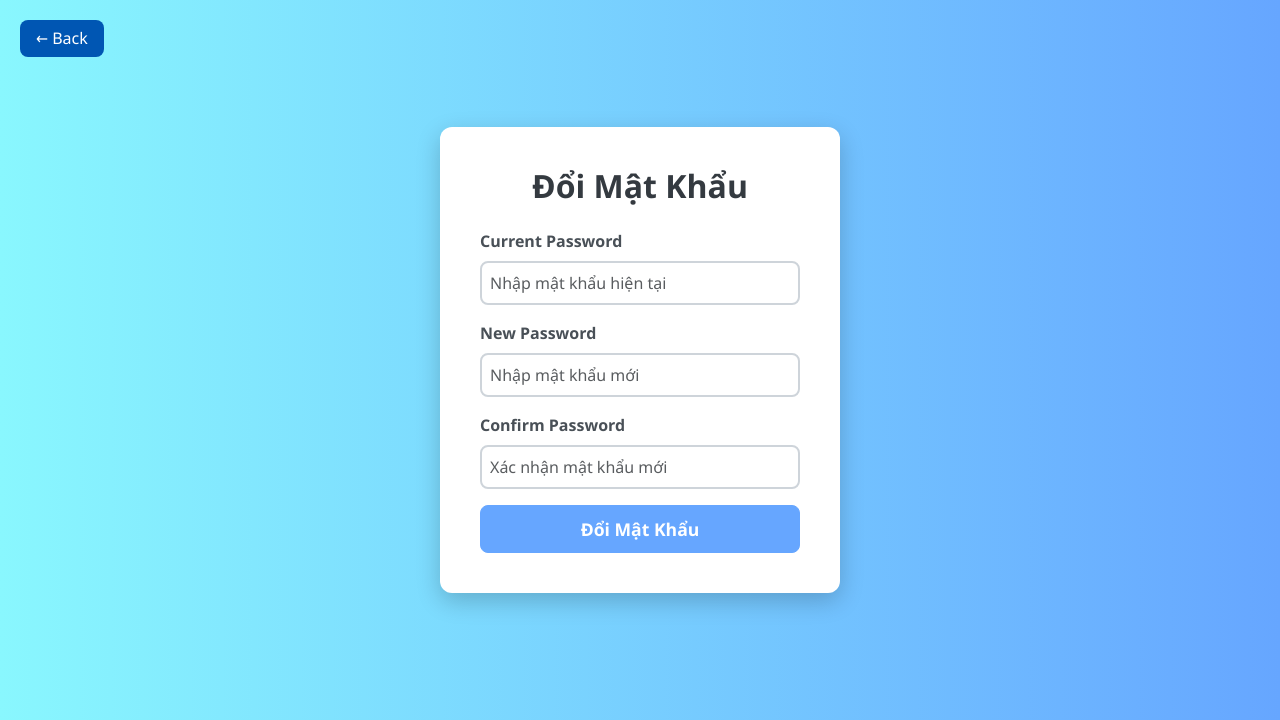
Repository: manhtdxxx/Tour-Booking-Webapp
Page: http://localhost/bookingTour/changepassword.jsp
The author's editor kept a copy of each file at every save. The page is drawn from the files as they stood at one save, then again after a run of saves.
The browser window is 1280 px wide. The pictures show the whole page.
The page is served by Tomcat 9. Other server files are loaded and not shown.

Above is the page before, as saved 2024-11-10 16:50:11.

### bookingTour/src/main/webapp/changepassword.jsp
<%@ page language="java" contentType="text/html; charset=UTF-8" pageEncoding="UTF-8"%>
<!DOCTYPE html>
<html lang="vi">
<head>
<meta charset="UTF-8">
<meta name="viewport" content="width=device-width, initial-scale=1">
<title>Đổi mật khẩu</title>
<link href="https://cdn.jsdelivr.net/npm/bootstrap@5.3.3/dist/css/bootstrap.min.css"
	rel="stylesheet">
<script src="https://cdn.jsdelivr.net/npm/bootstrap@5.3.3/dist/js/bootstrap.bundle.min.js"></script>
<style>
/* Background gradient */
body {
	background: linear-gradient(to right, #89f7fe, #66a6ff);
	font-family: 'Segoe UI', Tahoma, Geneva, Verdana, sans-serif;
}
/* Form container styling */
.form-container {
	max-width: 450px;
	padding: 2.5rem;
	background-color: #ffffff;
	border-radius: 12px;
	box-shadow: 0 8px 24px rgba(0, 0, 0, 0.2);
	margin: 0 1.5rem;
	transition: transform 0.3s ease;
	min-width: 400px;
	position: relative;
}
/* Hover effect on container */
.form-container:hover {
	transform: scale(1.02);
}
/* Header style */
h2 {
	font-weight: bold;
	color: #343a40;
}
/* Labels styling */
.form-label {
	color: #495057;
	font-weight: 600;
}
/* Input fields styling */
.form-control {
	border: 2px solid #ced4da;
	border-radius: 8px;
	padding: 0.5rem;
	transition: border-color 0.3s ease, box-shadow 0.3s ease;
}

.form-control:focus {
	border-color: #66a6ff;
	box-shadow: 0 0 8px rgba(102, 166, 255, 0.3);
}
/* Button styling */
.btn-primary {
	background-color: #66a6ff;
	border-color: #66a6ff;
	padding: 0.6rem;
	font-size: 1.1rem;
	font-weight: 600;
	border-radius: 8px;
	transition: background-color 0.3s, box-shadow 0.3s, transform 0.2s ease;
}

.btn-primary:hover {
	background-color: #0056b3;
	box-shadow: 0 6px 16px rgba(0, 91, 187, 0.4);
	transform: translateY(-2px);
}
/* Back button styling */
.back-button {
	position: absolute;
	top: 20px;
	left: 20px;
	padding: 0.4rem 1rem;
	font-size: 1rem;
	color: #ffffff;
	background-color: #0056b3;
	border: none;
	border-radius: 8px;
	text-decoration: none;
	display: flex;
	align-items: center;
	transition: background-color 0.3s ease, transform 0.2s ease;
}

.back-button:hover {
	background-color: #66a6ff;
	transform: translateY(-2px);
}
/* Responsive styling */
@media ( max-width : 576px) {
	.form-container {
		padding: 1.5rem;
	}
	.back-button {
		top: 10px;
		left: 10px;
		padding: 0.3rem 0.8rem;
		font-size: 0.9rem;
	}
}
</style>
</head>

<body class="d-flex align-items-center justify-content-center vh-100">

	<a href="index.jsp" class="back-button"> &larr; Back </a>

	<div class="form-container">
		<h2 class="text-center mb-4">Đổi Mật Khẩu</h2>

		<form action="change-password" method="post">
			<div class="mb-3">
				<label for="currentPassword" class="form-label">Current Password</label> <input type="password"
					class="form-control" id="currentPassword" name="currentPassword"
					placeholder="Nhập mật khẩu hiện tại" required>
			</div>
			<div class="mb-3">
				<label for="newPassword" class="form-label">New Password</label> <input type="password"
					class="form-control" id="newPassword" name="newPassword" placeholder="Nhập mật khẩu mới"
					required>
			</div>
			<div class="mb-3">
				<label for="confirmPassword" class="form-label">Confirm Password</label> <input type="password"
					class="form-control" id="confirmPassword" name="confirmPassword"
					placeholder="Xác nhận mật khẩu mới" required>
			</div>
			<button type="submit" class="btn btn-primary w-100">Đổi Mật Khẩu</button>
		</form>
	</div>

</body>
</html>

After the next 2 saves:
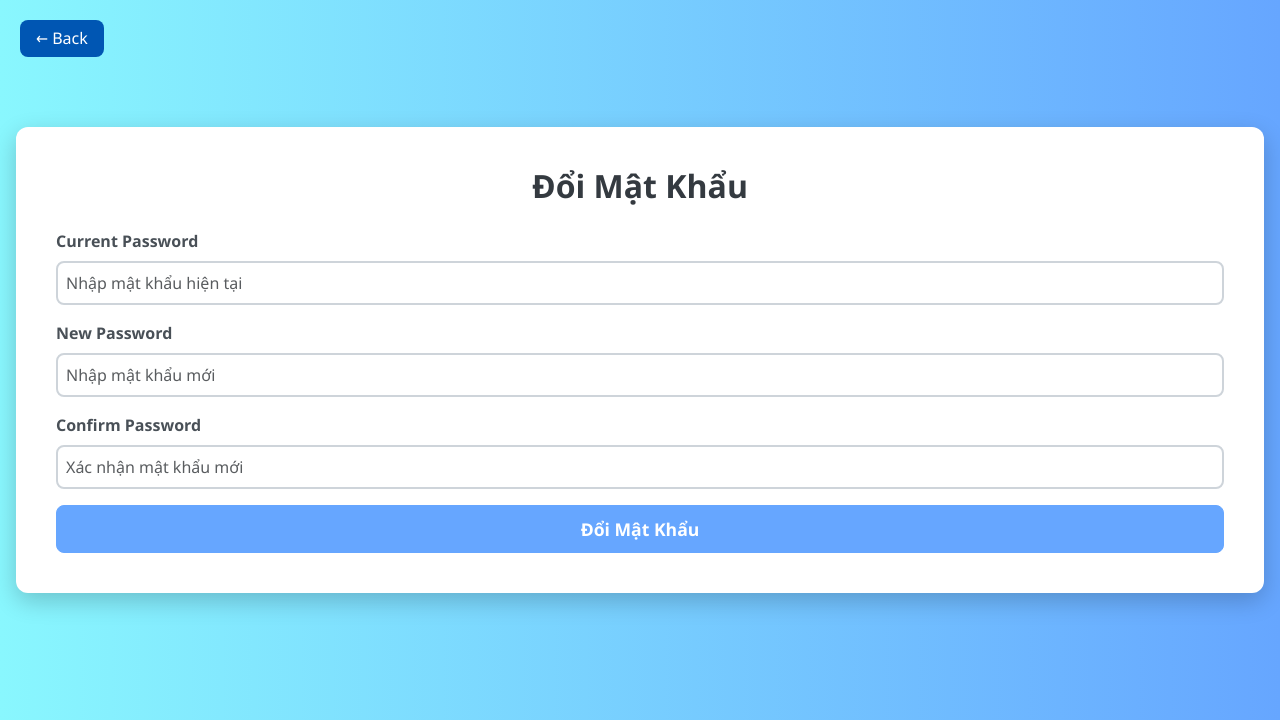
The 2 saves are shown as one change because they came seconds apart.
The last was saved 4 min 22 s later.
--- a/bookingTour/src/main/webapp/changepassword.jsp
+++ b/bookingTour/src/main/webapp/changepassword.jsp
@@ -16,24 +16,20 @@
 }
 /* Form container styling */
 .form-container {
-	max-width: 450px;
+	max-width: 100%;
+	width: 100%;
 	padding: 2.5rem;
 	background-color: #ffffff;
 	border-radius: 12px;
 	box-shadow: 0 8px 24px rgba(0, 0, 0, 0.2);
-	margin: 0 1.5rem;
+	margin: 0 1rem;
 	transition: transform 0.3s ease;
-	min-width: 400px;
-	position: relative;
-}
-/* Hover effect on container */
-.form-container:hover {
-	transform: scale(1.02);
 }
 /* Header style */
 h2 {
 	font-weight: bold;
 	color: #343a40;
+	text-align: center;
 }
 /* Labels styling */
 .form-label {
@@ -90,15 +86,30 @@
 	transform: translateY(-2px);
 }
 /* Responsive styling */
-@media ( max-width : 576px) {
+@media ( max-width : 768px) {
 	.form-container {
-		padding: 1.5rem;
+		padding: 2rem;
+		margin: 0 1.5rem;
 	}
 	.back-button {
 		top: 10px;
 		left: 10px;
 		padding: 0.3rem 0.8rem;
 		font-size: 0.9rem;
+	}
+}
+
+@media ( max-width : 576px) {
+	.form-container {
+		padding: 1.5rem;
+		margin: 0 1rem;
+	}
+	.back-button {
+		font-size: 0.85rem;
+		padding: 0.25rem 0.75rem;
+	}
+	h2 {
+		font-size: 1.5rem;
 	}
 }
 </style>
@@ -109,7 +120,7 @@
 	<a href="index.jsp" class="back-button"> &larr; Back </a>
 
 	<div class="form-container">
-		<h2 class="text-center mb-4">Đổi Mật Khẩu</h2>
+		<h2 class="mb-4">Đổi Mật Khẩu</h2>
 
 		<form action="change-password" method="post">
 			<div class="mb-3">

After the 2 saves that followed:
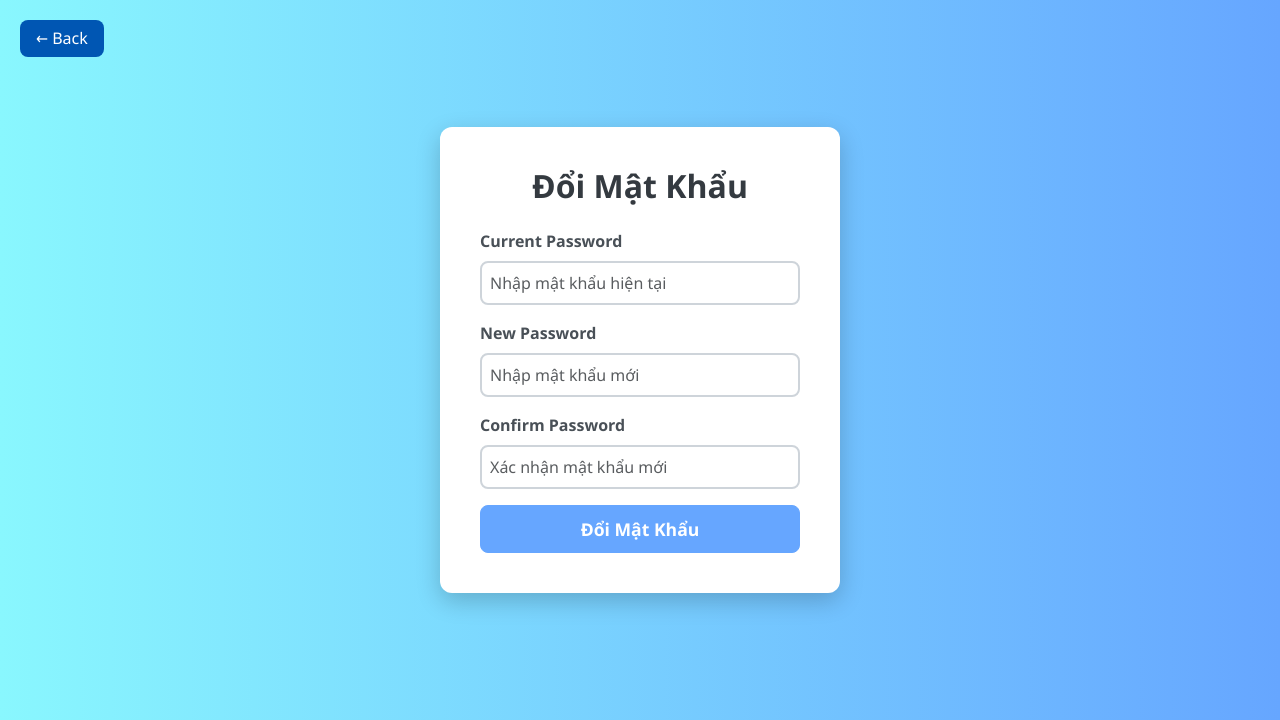
The 2 saves are shown as one change because 1 left the picture as it was.
The last was saved 36 s later.
--- a/bookingTour/src/main/webapp/changepassword.jsp
+++ b/bookingTour/src/main/webapp/changepassword.jsp
@@ -16,20 +16,24 @@
 }
 /* Form container styling */
 .form-container {
-	max-width: 100%;
-	width: 100%;
+	max-width: 450px;
 	padding: 2.5rem;
 	background-color: #ffffff;
 	border-radius: 12px;
 	box-shadow: 0 8px 24px rgba(0, 0, 0, 0.2);
-	margin: 0 1rem;
+	margin: 0 1.5rem;
 	transition: transform 0.3s ease;
+	min-width: 400px;
+	position: relative;
+}
+/* Hover effect on container */
+.form-container:hover {
+	transform: scale(1.02);
 }
 /* Header style */
 h2 {
 	font-weight: bold;
 	color: #343a40;
-	text-align: center;
 }
 /* Labels styling */
 .form-label {
@@ -86,30 +90,15 @@
 	transform: translateY(-2px);
 }
 /* Responsive styling */
-@media ( max-width : 768px) {
+@media ( max-width : 576px) {
 	.form-container {
-		padding: 2rem;
-		margin: 0 1.5rem;
+		padding: 1.5rem;
 	}
 	.back-button {
 		top: 10px;
 		left: 10px;
 		padding: 0.3rem 0.8rem;
 		font-size: 0.9rem;
-	}
-}
-
-@media ( max-width : 576px) {
-	.form-container {
-		padding: 1.5rem;
-		margin: 0 1rem;
-	}
-	.back-button {
-		font-size: 0.85rem;
-		padding: 0.25rem 0.75rem;
-	}
-	h2 {
-		font-size: 1.5rem;
 	}
 }
 </style>
@@ -120,7 +109,7 @@
 	<a href="index.jsp" class="back-button"> &larr; Back </a>
 
 	<div class="form-container">
-		<h2 class="mb-4">Đổi Mật Khẩu</h2>
+		<h2 class="text-center mb-4">Đổi Mật Khẩu</h2>
 
 		<form action="change-password" method="post">
 			<div class="mb-3">
